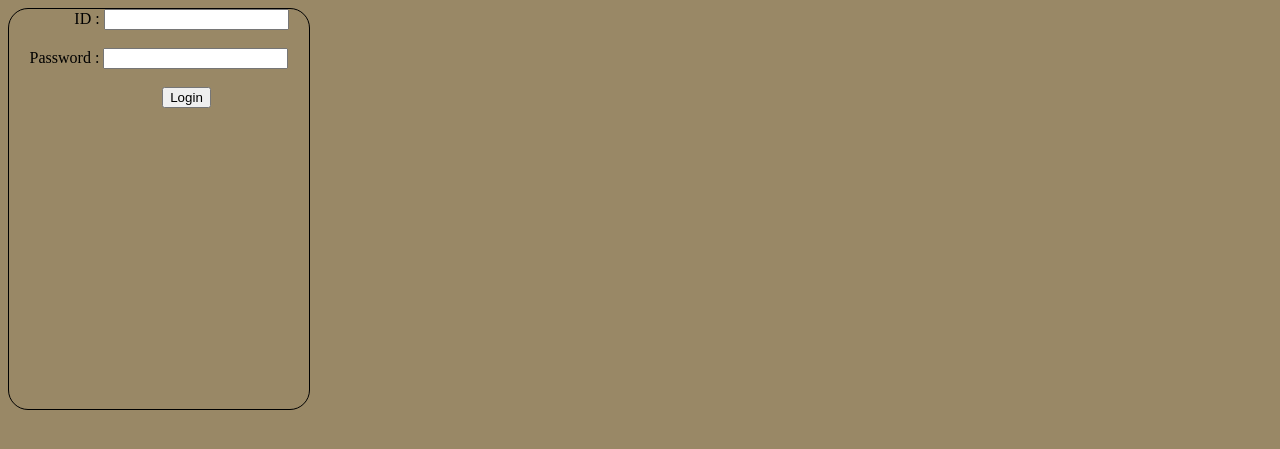
Repository: venkatasanthoshpamuru/Advance_Java_Projects
Page: http://localhost/First_JSP/
The author's editor kept a copy of each file at every save. The page is drawn from the files as they stood at one save, then again after the next save.
The browser window is 1280 px wide. The pictures show the whole page.
The page is served by Tomcat 9. Other server files are loaded and not shown.

Above is the page before, as saved 2024-03-09 08:13:17.

### First_JSP/src/main/webapp/Form.html
<!DOCTYPE html>
<html>
  <head>
    <title>First JSP</title>
    <link rel="stylesheet" href="style.css"/>
  </head>
  <body bgcolor="#986" style="text-align: center;">

  <div id='border'>
    <form method="post" action="./LoginServlet">
     <label style="display:inline-block;margin-left: 45px">ID : </label>
     <input type="text" name="userid" id="userid" required/><br><br>
     <label>Password : </label>
     <input type="password" name="password" id="password" required/><br><br>
     <button type="submit" style="margin-left: 55px">Login</button>
    </form>
    </div>

  </body>
</html>

### First_JSP/src/main/webapp/style.css
@charset "ISO-8859-1";

#border{
	border:1px solid black;
	border-radius:20px;
	width:300px;
	height:400px;
}

After the next save:
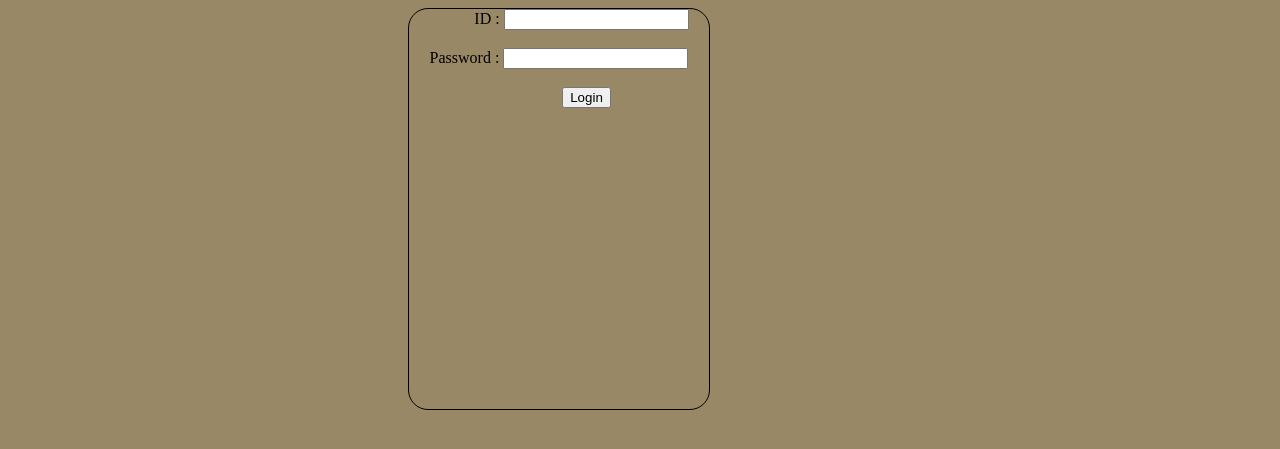
Saved 22 s later.
--- a/First_JSP/src/main/webapp/style.css
+++ b/First_JSP/src/main/webapp/style.css
@@ -5,4 +5,5 @@
 	border-radius:20px;
 	width:300px;
 	height:400px;
+	margin-left:400px;
 }
